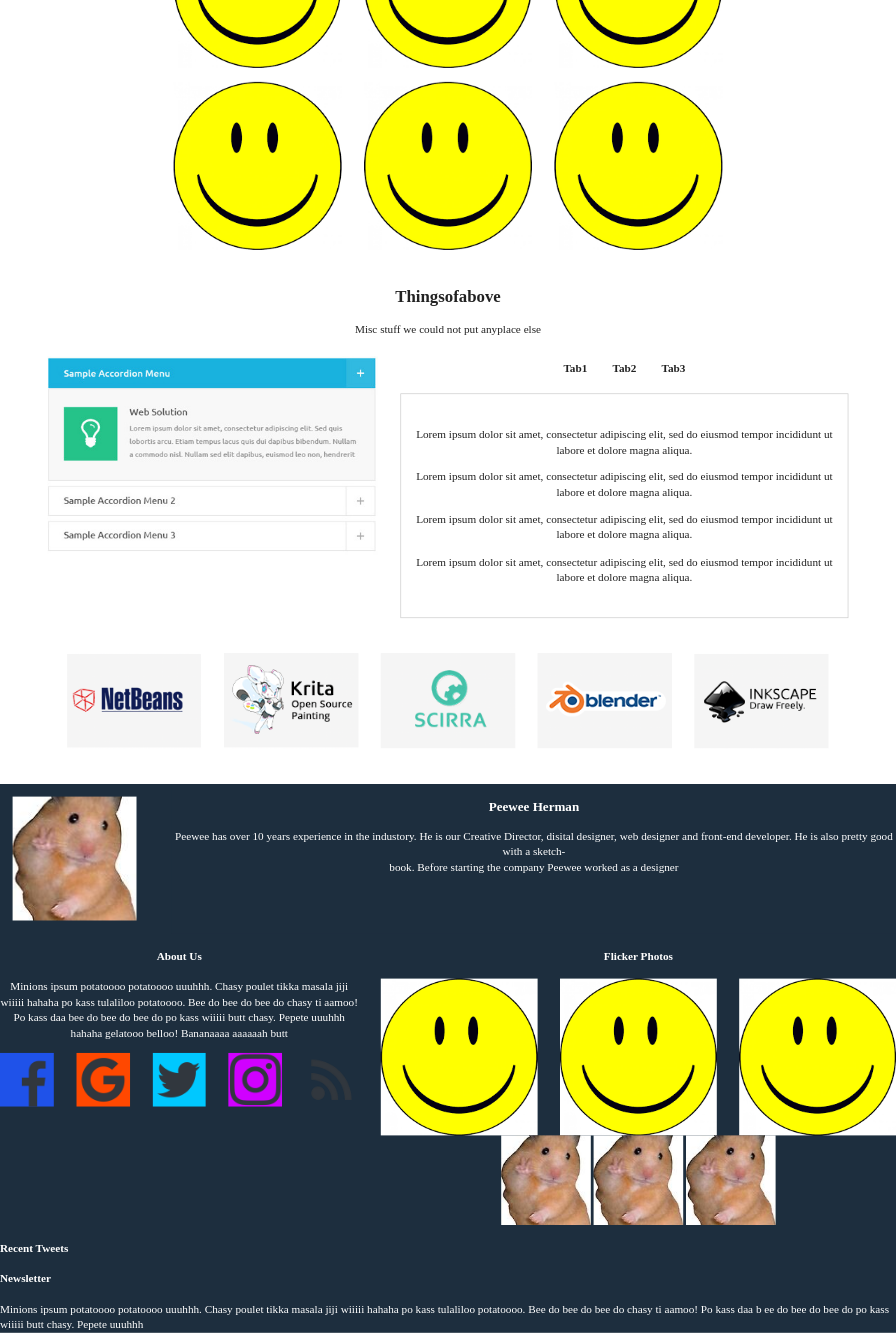
Repository: KanaKimishima/project1-responsive
Page: index.html
These files come from the project's save history. The page is drawn as it stood at one moment and after a run of saves; the edit follows.
The browser window is 1280 px wide. The pictures show the part of the page from y = 1850 to 3770 px (the page is 3770 px tall), at 70% of full size.

Above is the page before, as saved 2023-02-06 22:40:30.

After the next 2 saves:
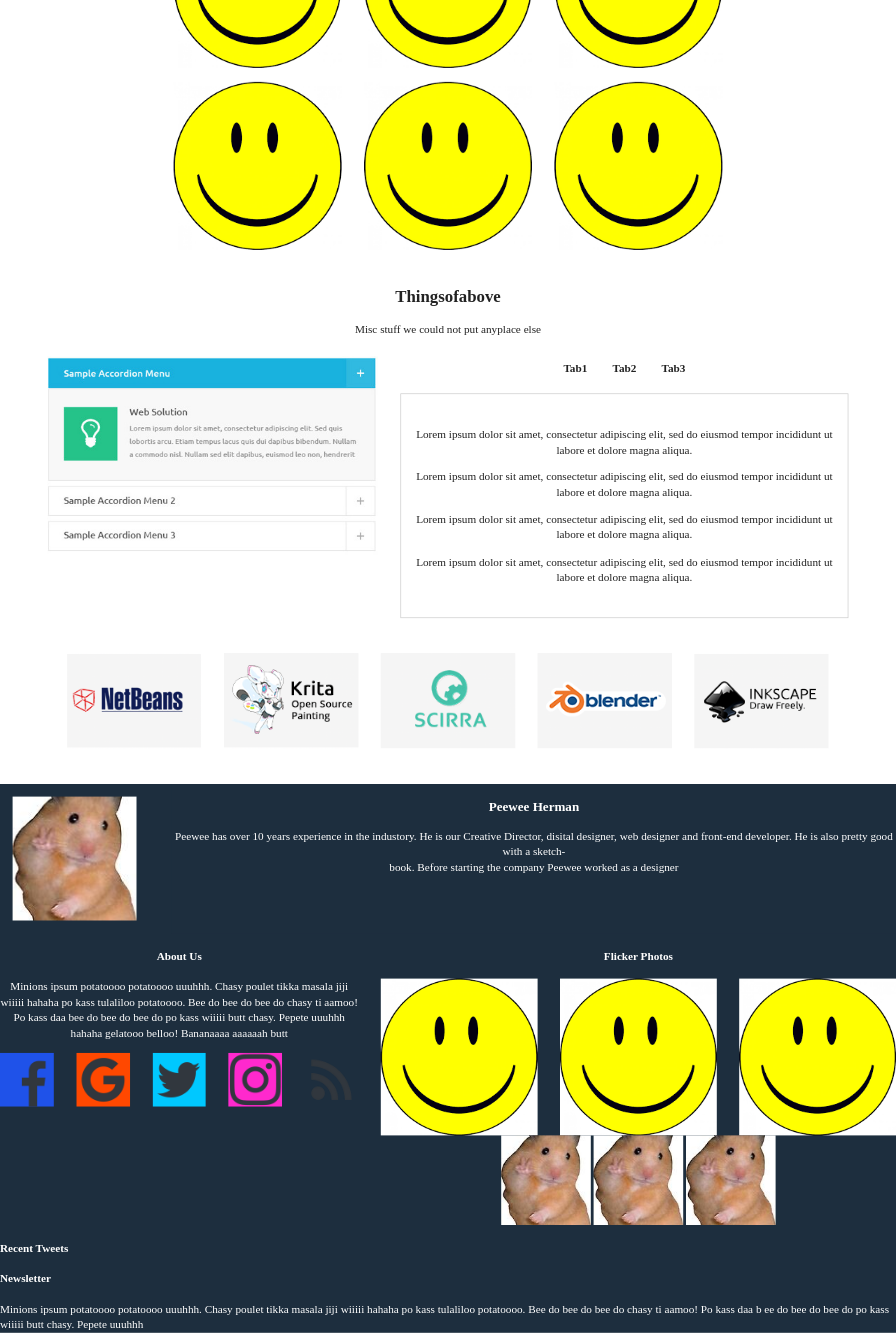
The 2 saves are shown as one change because they came seconds apart.
The last was saved 9 s later.
--- a/css/main.css
+++ b/css/main.css
@@ -202,7 +202,7 @@
   background-color: #00c8ff;
 }
 .instagram {
-  background-color: #d000ff;
+  background-color: #ff29cd;
 }
 .google {
   background-color: #ff4800;
